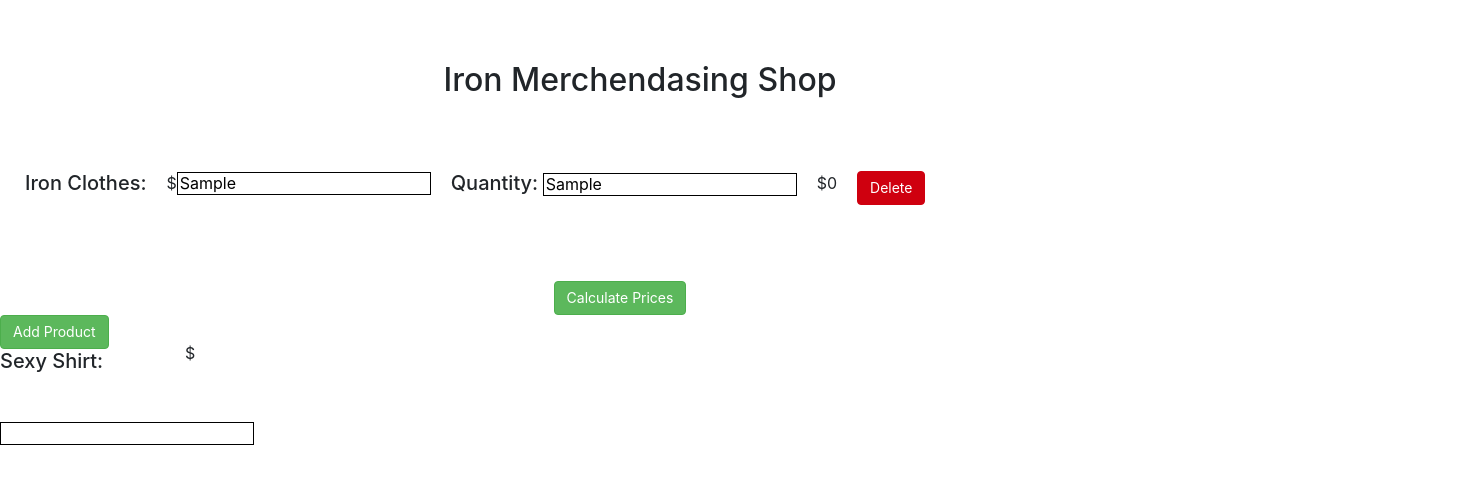
Repository: konstantin0s/lab-cart-DOM
Page: index.html
The author's editor kept a copy of each file at every save. The page is drawn from the files as they stood at one save, then again after the next save.
The browser window is 1280 px wide. The page is 1465 px wide, so the pictures cover 1465 px, including what lies to the right of the window. The pictures show the whole page.
Empty fields were first filled with sample values (such as "Sample", 5 or name@example.com).
After loading, the first visible `#addExtra` was clicked once.
Some web libraries are served in a nearby version.

Above is the page before, as saved 2019-02-02 00:03:00.
Console error: TypeError: Cannot set properties of null (setting 'onclick')

After the next save:
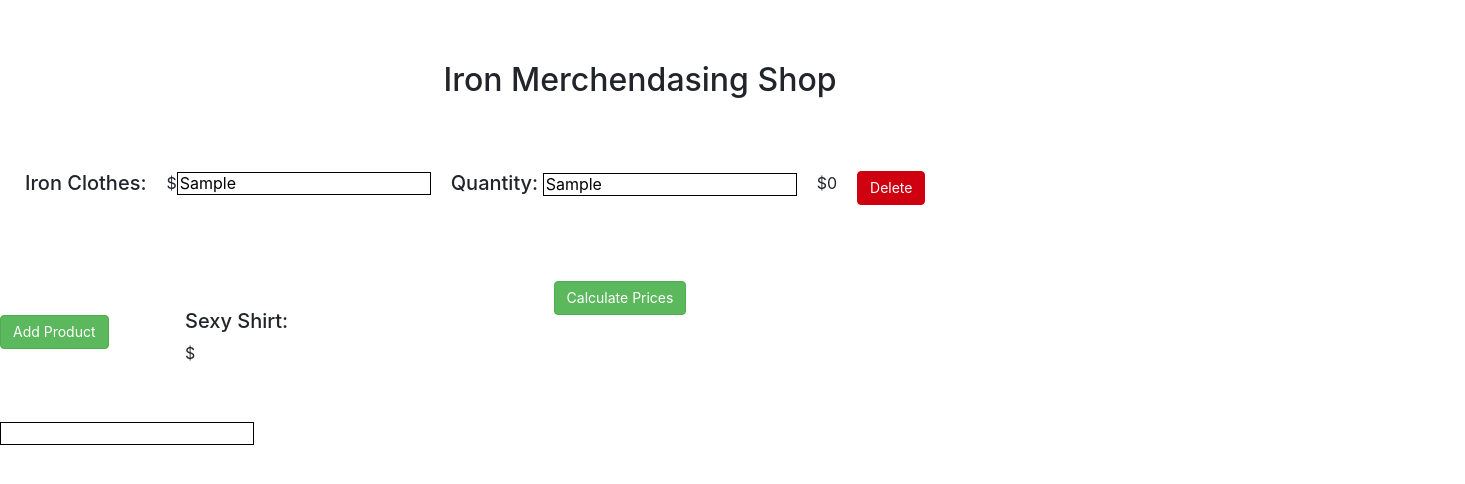
Saved 21 s later.
--- a/css/style.css
+++ b/css/style.css
@@ -96,5 +96,10 @@ input {
  position: relative;
  top: -40px;
  left: 185px;
+}
 
-}
+.newRowItems h5{
+  position: relative;
+  top: -40px;
+  left: 185px;
+ }
